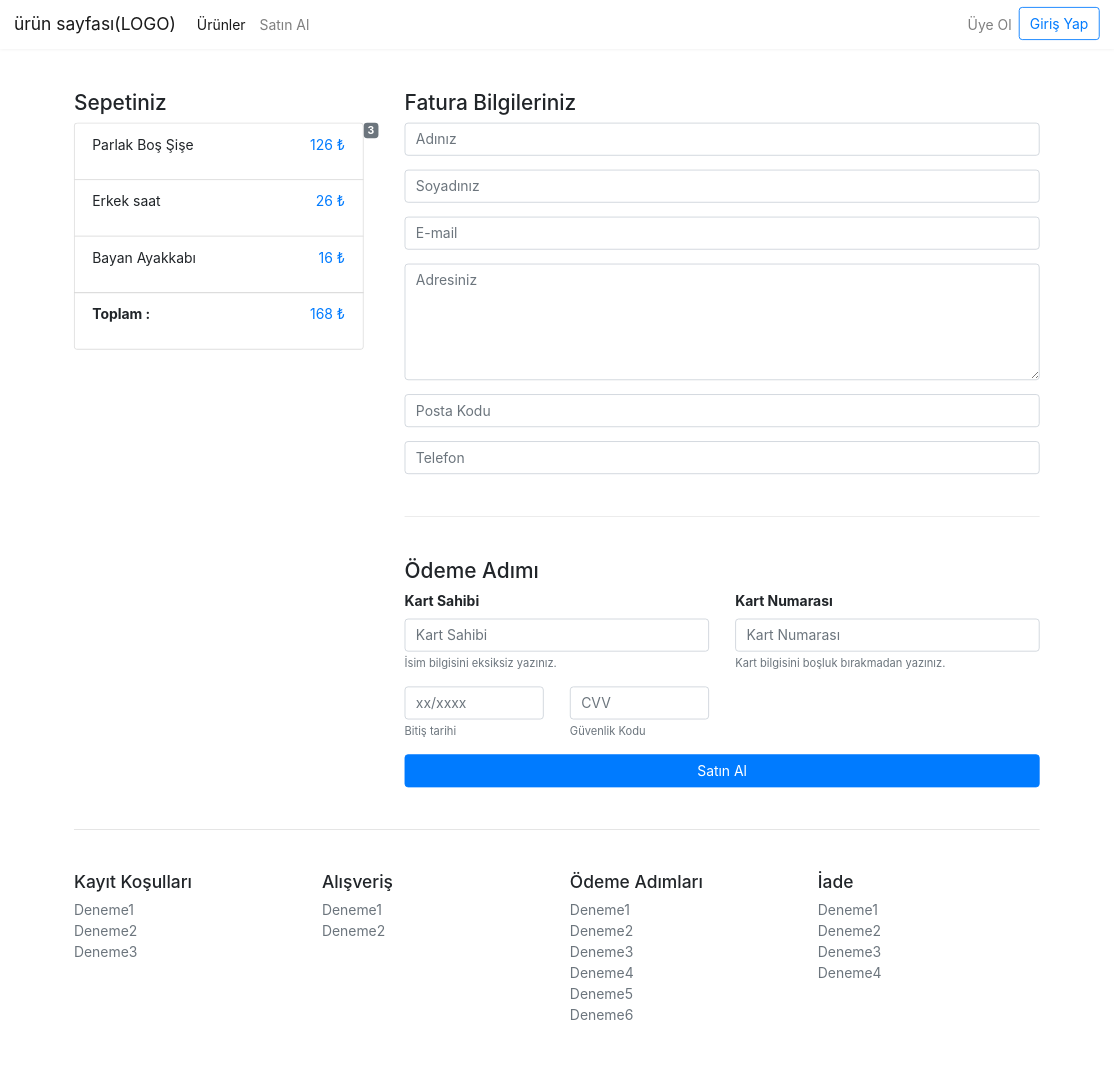
Repository: NergisAktug/E-Commerce-PythonWithFlask-Sqlite3
Page: templates/ödeme.html
An editor plug-in stored every save of this project. The page is shown before and after the next save, followed by the edit.
The browser window is 1280 px wide. The pictures show the whole page, at 87% of full size.

Above is the page before, as saved 2018-11-24 03:14:53.

After the next save:
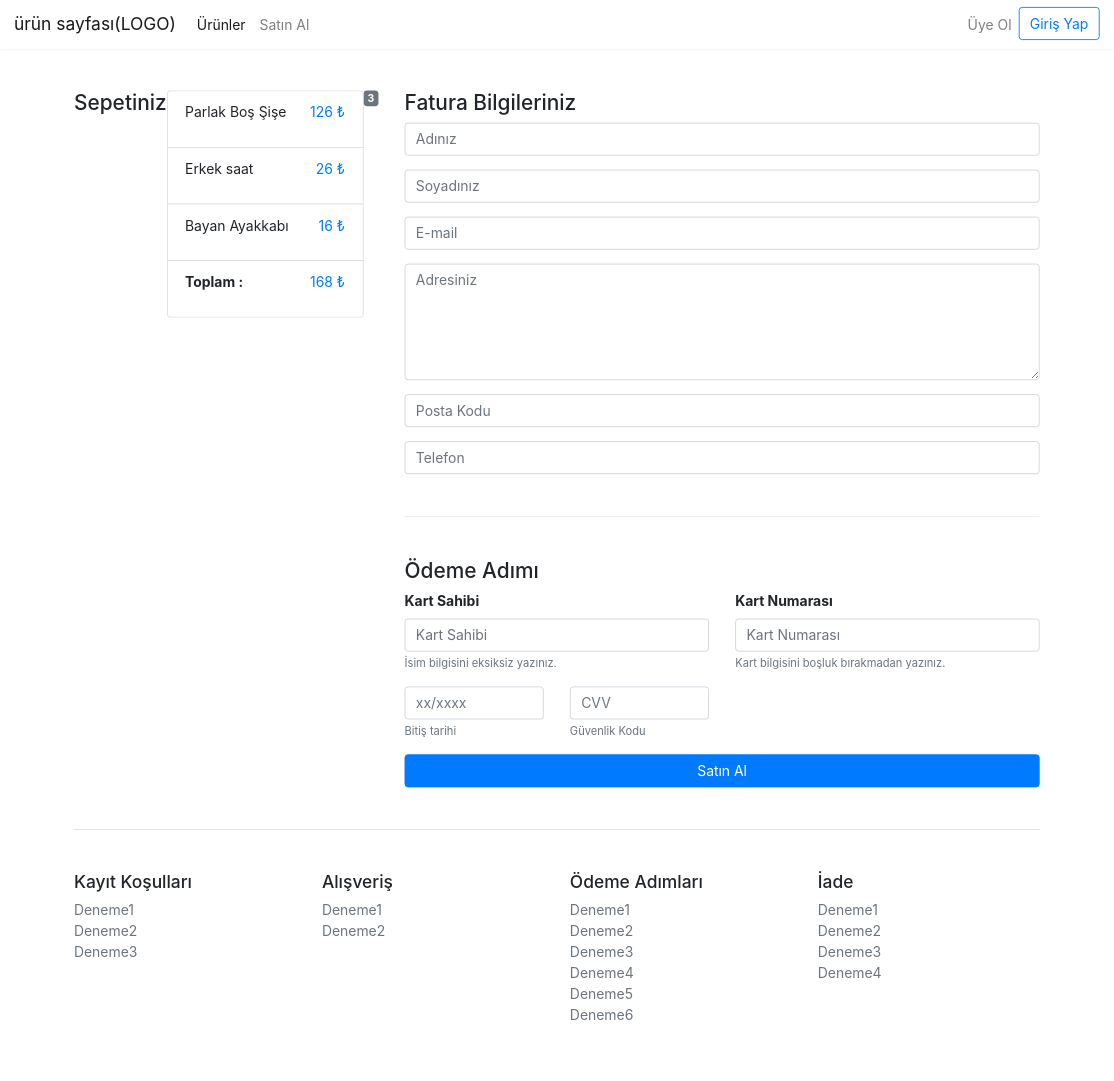
Saved 34 s later.
--- a/templates/ödeme.html
+++ b/templates/ödeme.html
@@ -41,7 +41,7 @@
         <div class="row">
             <div class="col-md-4">
                 <div>
-                    <h4>Sepetiniz</h4>
+                    <h4 class="float-left">Sepetiniz</h4>
                     <span class="badge badge-secondary float-right">3</span>
                 </div>
                     <ul class="list-group">
